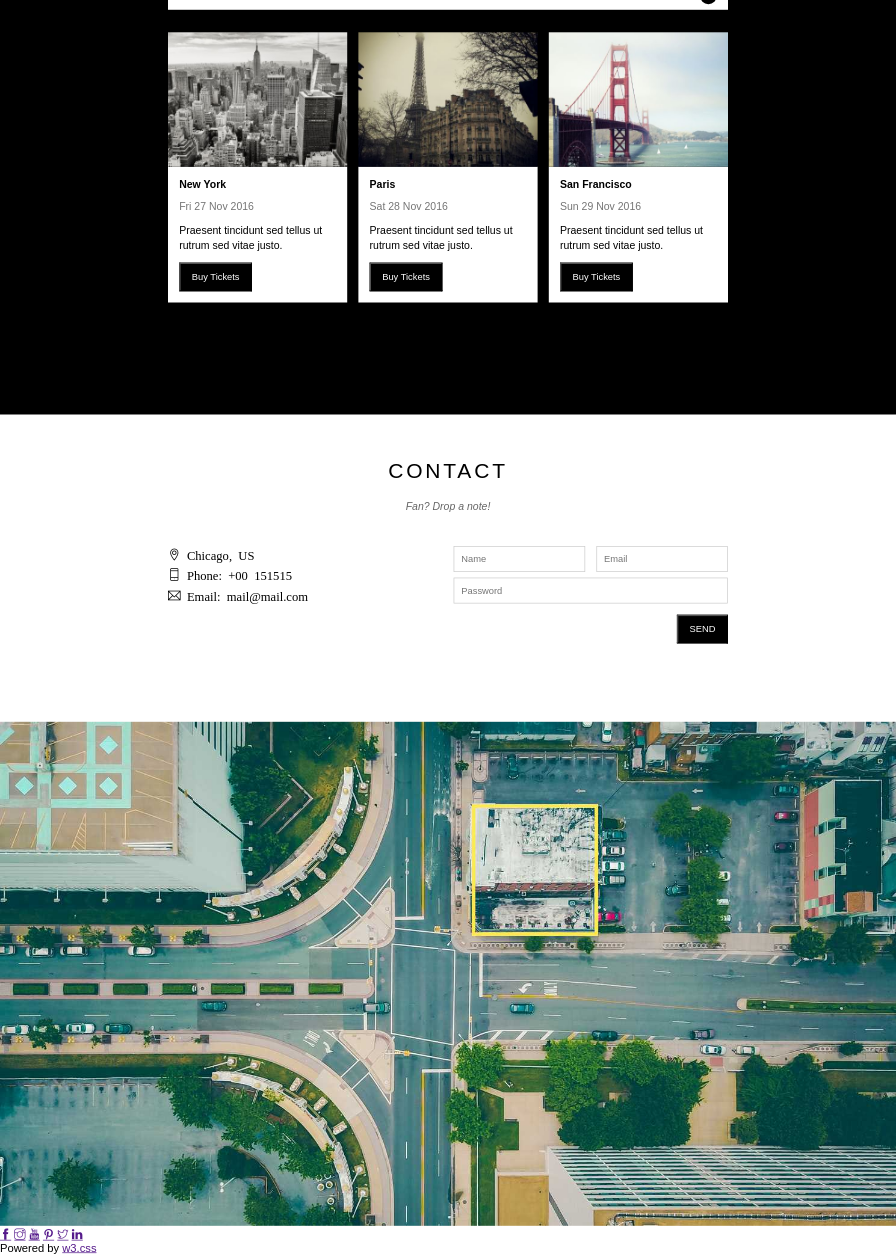
Repository: duyhung0311/band_music
Page: index.html
An editor plug-in stored every save of this project. The page is shown before and after the next save, followed by the edit.
The browser window is 1280 px wide. The pictures show the part of the page from y = 1613 to 3533 px (the page is 3405 px tall before and 3533 px after), at 70% of full size.

Above is the page before, as saved 2021-08-15 13:48:36.

### index.html
<!DOCTYPE html>
<html lang="en">
  <head>
    <meta charset="UTF-8" />
    <meta http-equiv="X-UA-Compatible" content="IE=edge" />
    <meta name="viewport" content="width=device-width, initial-scale=1.0" />
    <title>Document</title>
    <link rel="stylesheet" href="assets/css/style.css" />
    <link
      rel="stylesheet"
      href="./assets/fonts/themify-icons/themify-icons.css"
    />
  </head>
  <body>
    <div id="main">
      <div id="header">
        <!--#ul>li*5>a  -->
        <!-- Begin : Nav -->
        <ul id="nav">
          <li><a href="">Home</a></li>
          <li><a href="">Tour</a></li>
          <li><a href="">Band</a></li>
          <li><a href="">Contact</a></li>
          <li>
            <a href="">
              More
              <i class="nav-arrow-down ti-angle-dow"></i>
            </a>
            <ul class="subnav">
              <li><a href="">Merchandise</a></li>
              <li><a href="">Extras</a></li>
              <li><a href="">Media</a></li>
            </ul>
          </li>
        </ul>
        <!-- End : Nav -->

        <!-- Begin :Search button -->
        <div class="search-btn">
          <i class="search-icon ti-search"></i>
        </div>
        <!-- End :Search button -->
      </div>

      <div id="slider">
        <div class="text-content">
          <h2 class="text-heading">New York</h2>
          <div class="text-description">
            The atmosphere in New York is lorem ipsum.
          </div>
        </div>
      </div>

      <div id="content">
        <!-- Begin:about section -->
        <div class="content-section">
          <h2 class="section-heading">THE BAND</h2>
          <p class="section-sub-heading">We love music</p>
          <p class="about-content">
            We have created a fictional band website. Lorem ipsum dolor sit
            amet, consectetur adipiscing elit, sed do eiusmod tempor incididunt
            ut labore et dolore magna aliqua. Ut enim ad minim veniam, quis
            nostrud exercitation ullamco laboris nisi ut aliquip ex ea commodo
            consequat. Duis aute irure dolor in reprehenderit in voluptate velit
            esse cillum dolore eu fugiat nulla pariatur. Excepteur sint occaecat
            cupidatat non proident, sunt in culpa qui officia deserunt mollit
            anim id est laborum consectetur adipiscing elit, sed do eiusmod
            tempor incididunt ut labore et dolore magna aliqua. Ut enim ad minim
            veniam, quis nostrud exercitation ullamco laboris nisi ut aliquip ex
            ea commodo consequat.
          </p>

          <div class="row members-list">
            <div class="col col-third text-center">
              <p class="member-name">Name</p>
              <img
                src="./assets/img/ban/member1.jpg"
                alt=""
                class="member-avatar"
              />
            </div>

            <div class="col col-third text-center">
              <p class="member-name">Name</p>
              <img
                src="./assets/img/ban/member1.jpg"
                alt=""
                class="member-avatar"
              />
            </div>

            <div class="col col-third text-center">
              <p class="member-name">Name</p>
              <img
                src="./assets/img/ban/member1.jpg"
                alt=""
                class="member-avatar"
              />
            </div>

            <div class="clear"></div>
          </div>
        </div>
        <!-- End: about sections -->
        <!-- Tour section -->
        <div class="tour-section">
          <div class="content-section">
            <h2 class="section-heading text-white">TOUR DATES</h2>
            <p class="section-sub-heading text-white">
              Remember to book your tickets!
            </p>

            <!-- Ticket list -->
            <ul class="ticket-list">
              <li>September <span class="sold-out">Sold out</span></li>
              <li>October <span class="sold-out">Sold out</span></li>
              <li>November <span class="quantity">3</span></li>
            </ul>

            <!-- Place list -->
            <div class="row places-list">
              <div class="col col-third">
                <img
                  src="./assets//img/place/place1.jpg"
                  alt="New York"
                  class="place-img"
                />
                <div class="place-body">
                  <h3 class="place-heading">New York</h3>
                  <p class="place-time">Fri 27 Nov 2016</p>
                  <p class="place-description">
                    Praesent tincidunt sed tellus ut rutrum sed vitae justo.
                  </p>
                  <button class="btn js-buy-ticket">Buy Tickets</button>
                </div>
              </div>

              <div class="col col-third">
                <img
                  src="./assets//img/place/place2.jpg"
                  alt="Paris"
                  class="place-img"
                />
                <div class="place-body">
                  <h3 class="place-heading">Paris</h3>
                  <p class="place-time">Sat 28 Nov 2016</p>
                  <p class="place-description">
                    Praesent tincidunt sed tellus ut rutrum sed vitae justo.
                  </p>
                  <button class="btn js-buy-ticket">Buy Tickets</button>
                </div>
              </div>
              <div class="col col-third">
                <img
                  src="./assets//img/place/place3.jpg"
                  alt="San Francisco"
                  class="place-img"
                />
                <div class="place-body">
                  <h3 class="place-heading">San Francisco</h3>
                  <p class="place-time">Sun 29 Nov 2016</p>
                  <p class="place-description">
                    Praesent tincidunt sed tellus ut rutrum sed vitae justo.
                  </p>
                  <button class="btn js-buy-ticket">Buy Tickets</button>
                </div>
              </div>
              <div class="clear"></div>
            </div>
          </div>
        </div>

        <!-- Begin :Tour section -->
        <div class="content-section">
          <h2 class="section-heading">CONTACT</h2>
          <p class="section-sub-heading">Fan? Drop a note!</p>
          <div class="row contact-content">
            <div class="col col-half contact-info">
              <p><i class="ti-location-pin"> Chicago, US </i></p>
              <p><i class="ti-mobile"> Phone: +00 151515 </i></p>
              <p><i class="ti-email"> Email: mail@mail.com </i></p>
            </div>
            <div class="col col-half contact-form">
              <form action="">
                <div class="row">
                  <div class="col col-half">
                    <input
                      type="text"
                      name=""
                      required
                      id=""
                      placeholder="Name"
                      class="form-control"
                    />
                  </div>
                  <div class="col col-half">
                    <input
                      type="email"
                      name=""
                      required
                      id=""
                      placeholder="Email"
                      class="form-control"
                    />
                  </div>
                </div>
                <div class="row mt-8">
                  <div class="col col-full">
                    <input
                      type="password"
                      name=""
                      required
                      id=""
                      placeholder="Password"
                      class="form-control"
                    />
                  </div>
                </div>
                <input
                  type="submit"
                  value="SEND"
                  class="btn pull-right mt-16"
                />
              </form>
            </div>
          </div>
        </div>
        <!-- End :Tour section -->
        <!-- Begin: Map section -->
        <div class="map-section">
          <img src="./assets/img/map/map.jpg" alt="Map">
        </div>
        <!-- End: Map section -->
      </div>

      <div id="footer">
        <div class="social-list">
          <a href=""><i class="ti-facebook"></i></a>
          <a href=""><i class="ti-instagram"></i></a>
          <a href=""><i class="ti-youtube"></i></a>
          <a href=""><i class="ti-pinterest"></i></a>
          <a href=""><i class="ti-twitter"></i></a>
          <a href=""><i class="ti-linkedin"></i></a>
        </div>
        <p class="copy-right">
          Powered by
          <a href="">w3.css</a>
        </p>
      </div>
    </div>
    <div class="modal js-modal">
      <div class="modal-container js-modal-container">
        <div class="modal-close js-modal-close">
          <i class="ti-close"></i>
        </div>
        <header class="modal-header">
          <i class="modal-heading-icon ti-bag"></i>
          Tickets
        </header>
        <div class="modal-body">
          <label for="ticket-quantity" class="modal-label">
            <i class="ti-shopping-cart"></i>
            Tickets, $15 per person
          </label>
          <input
            id="quantity"
            type="text"
            placeholder="How many?"
            class="modal-input"
          />

          <label for="email" class="modal-label">
            <i class="ti-user"></i>
            Send To
          </label>
          <input
            id="email"
            type="text"
            placeholder="Email"
            class="modal-input"
          />
          <button id="buy-tickets">Pay <i class="ti-check"></i></button>
        </div>
        <footer class="modal-footer">
          <p class="modal-help">Need <a href="">help?</a></p>
        </footer>
      </div>
    </div>
    <script>
      const buyBtns = document.querySelectorAll(".js-buy-ticket");
      const modal = document.querySelector(".modal");
      const modalClose = document.querySelector(".js-modal-close");
      const modalContainer = document.querySelector(".js-modal-container");
      // Hàm hiển thị modal
      function showBuyTickets() {
        modal.classList.add("open");
      }
      // Hàm ẩn đi modal mua vé
      function showCloseTickets() {
        modal.classList.remove("open");
      }
      for (const buyBtn of buyBtns) {
        buyBtn.addEventListener("click", showBuyTickets);
      }
      modalClose.addEventListener("click", showCloseTickets);
      modal.addEventListener("click", showCloseTickets);
      modalContainer.addEventListener("click", function (event) {
        event.stopPropagation();
      });
    </script>
  </body>
</html>

### assets/css/style.css
/*Reset CSS*/
* {
  padding: 0;
  margin: 0;
  box-sizing: border-box;
}
html {
  font-family: Arial, Helvetica, sans-serif;
}
/*
    1. Từ ngoài vào trong
    2. Từ trên xuống dưới
    3. Từ tổng quan đến chi tiết
*/
/*
    1. Vị trí
    2. Kích thước (width height)
    3. Màu sắc
    4. Kiểu dáng (kiểu chữ, hình tròn, vuông, ....)
*/
.clear{
    clear: both;
}
.text-center {
    text-align: center !important;
}
.text-white {
    color: #fff !important;
}
.mt-8 {
    margin-top: 8px !important;
}
.mt-16 {
    margin-top: 16px !important;
}
.btn{
    color: #fff;
    background :#000;
    text-decoration: none;
    padding:11px 16px;
    display: inline-block;
    margin-top: 15px;
}
.pull-right {
    float: right !important;
}
 .btn:hover{
     cursor: pointer;
    color: #000;
    background: #ccc;
}
#main {
}
#header {
  position: fixed;
  top: 0;
  left: 0;
  right: 0;
  z-index: 1;
  height: 46px;
  background-color: #000;
}

#nav {
  display: inline-block;
}

/* cách bỏ dấu chấm đầu dòng của thằng ul */
#nav,
.subnav {
  list-style-type: none;
}

#nav > li {
  display: inline-block;
}
#nav li {
  /* inline là trên 1 hàng block giữ lại kích thước khối */
  position: relative;
}

#nav > li > a {
  color: #fff;
  text-transform: uppercase;
}

#nav li a {
  text-decoration: none;
  line-height: 46px;
  padding: 0 24px;
  display: block;
  /* inline k tính chiều cao và chiều rộng được */
}

#nav li:hover .subnav {
  display: block;
}

#nav > li:hover > a,
#nav .subnav li:hover a {
  color: #000;
  background-color: #ccc;
}

#nav .subnav {
  display: none;
  min-width: 160px;
  position: absolute;
  top: 100%;
  /* top = 100% là nó lấy chính chiều cao
    100% của chính nó */
  left: 0;
  background-color: #fff;
  box-shadow: 0 0 10px rgba(0, 0, 0, 0.3);
}

#nav .subnav a {
  color: #000;
  padding: 0 12px;
  line-height: 38px;
}

#nav .nav-arrow-down {
  font-size: 14px;
}

#header .search-btn {
  float: right;
  padding: 0 21px;
  cursor: pointer;
}

#header .search-btn:hover {
  background-color: #f44336;
}

#header .search-icon {
  color: #fff;
  font-size: 20px;
  line-height: 46px;
}

#slider {
    position: relative;
    margin-top: 46px;
    padding-top: 50%;
    background:url('./../img/slider/slider1.jpg') top center / cover no-repeat;
}
#slider .text-content   {
    position: absolute;
    bottom: 46px;
    left: 50%;
    color: #fff;
    transform: translateX(-50%);
    text-align: center;
}

#slider .text-heading   {
    font-weight: 500;
    font-size: 24px;
}

#slider .text-description   {
    font-size: 15px;
    margin-top: 25px;
}

#content {

}

#content .content-section{
    width: 800px;
    margin: 0 auto;
    padding: 64px 0 112px;
}

#content .section-heading {
    font-size: 30px;
    font-weight: 500;
    letter-spacing: 4px;
}

#content .section-sub-heading,
#content .about-content {
    margin-top: 25px;
    font-size: 15px;
}

#content .section-heading,
#content .section-sub-heading {
    text-align: center;
}

#content .section-sub-heading {
    font-style: italic;
    opacity: 0.6;
}

#content .about-content {
    text-align: justify;
    line-height: 1.4;
}

#content .members-list {
    margin-top: 48px;
    /* overflow: hidden; */
}

#content .member-item {
    text-align: center;
}

#content .member-name {
    font-size: 15px;
}

#content .member-avatar {
    width: 154px;
    margin-top:15px;
    border-radius: 4px;
}
/* Tour section */
.tour-section {
    background: #000;
}

.ticket-list li {
    color: #757575;
    font-size: 15px;
    padding: 11px 16px;
    border-bottom: 1px solid #bbb;
    list-style-type: none;
}

.ticket-list {
    background:#fff;
    margin-top: 40px;
}


.ticket-list .sold-out {
    color: #fff;
    background: #f44336;
    padding: 3px 4px;
    margin-left: 16px;
}

.ticket-list .quantity {
    float: right;
    margin-top: -3px;
    width: 24px;
    height: 24px;
    background:#000;
    color: #fff;
    border-radius: 50%;
    text-align: center;
    line-height: 24px;
}
.places-list{
    margin-top: 32px;
    /* margin-bottom: 48px; */
    padding-bottom: 48px;
}

/* .places-list .place-item{ */
    /* float: left;
    padding: 0 8px; */
    /* width: calc(100%/3); */
/* } */
.places-list .place-img{
    width: 100%;
    display: block;
}
.places-list .place-img:hover{
    opacity: 0.6;
}
.places-list .place-body{
    padding: 16px;
    background-color: #fff;
    font-size: 15px;
}
.place-body .place-heading{
    font-size: 15px;
    font-weight:600;
}
.place-body .place-time{
    margin-top: 15px;
    color: #757575;
}
.place-body .place-description{
    margin-top: 15px;
    line-height: 1.4;
}
/* Footer section */
#footer {
}
.modal{
    position: fixed;
    top: 0;
    bottom: 0;
    left: 0;
    right: 0;
    background: rgba(0,0,0,0.3);
    display: none;
    align-items: center;
    justify-content: center;
}
.modal.open {
    display: flex;
}
.modal .modal-container {
    background: #fff;
    width: 900px;
    min-height: 200px;
    max-width: calc(100% - 32px);
    animation: modalFadeIn ease-in .5s;
}
.modal .modal-header{
    background: #009688;
    height: 130px;
    display: flex;
    align-items: center;
    justify-content: center;
    font-size: 30px;
    color: #fff;
}
.modal-header .modal-heading-icon {
    margin-right: 16px;
}
.modal .modal-container {
    position: relative;
}
.modal-container .modal-close {
    position: absolute;
    top: 0;
    right: 0;
    padding: 12px;
    cursor: pointer;
    opacity: 0.9;
}
.modal-container .modal-close:hover {
    opacity: 1;
}
.modal-container .modal-body {
    padding: 16px;
}
.modal-body .modal-label {
    display: block;
    font-size: 15px;
    margin-bottom: 12px;
}
.modal-body .modal-input {
    border:1px solid #ccc;
    width: 100%;
    padding: 10px;
    font-size: 15px;
    margin-bottom: 24px;
}
.modal-body #buy-tickets{
      background: #009688;
      border: none;
      color:#fff;
      width: 100%;
      text-transform: uppercase;
      padding:18px;
      cursor: pointer;
}
.modal-body #buy-tickets:hover {
    opacity: 0.9;
}
.modal-footer{
    padding: 16px;
    text-align: right;
}
.modal-footer a {
    color: #2196f3;
}
.row {
    margin-left: -8px;
    margin-right: -8px;
}
.row::after {
    content :"";
    display: block;
    clear: both;
}
.col {
    padding-left: 8px;
    padding-right: 8px;
    float: left;
}
.col-third {
    width:calc(100% / 3)
}
.col-half {
    width:50%;
}
.col-full {
    width:100%;
}
.contact-content{
    margin-top: 48px;
}
.contact-info {
    font-size: 18px;
    line-height: 1.6;
}
.contact-info i[class*="ti-"]  {
    width: 30px;
}
.contact-form{
    font-size: 15px;
}
.contact-form .form-control {
    padding : 10px;
    border: 1px solid #ccc;
    width: 100%;
}
/* .contact-form .form-submit-btn {
    background: #000;
    color: #fff;
    border: 1px solid #000;
    padding: 10px 16px;
    float: right;
} */
.map-section img {
    width: 100%;
}
@keyframes modalFadeIn {
    from {
        transform: translateY(-140px);
        opacity: 0;
    }
    to {
        transform: translateY(0);
        opacity: 1;
    }
}

Loaded but not shown: assets/fonts/themify-icons/themify-icons.css (common file)

After the next save:
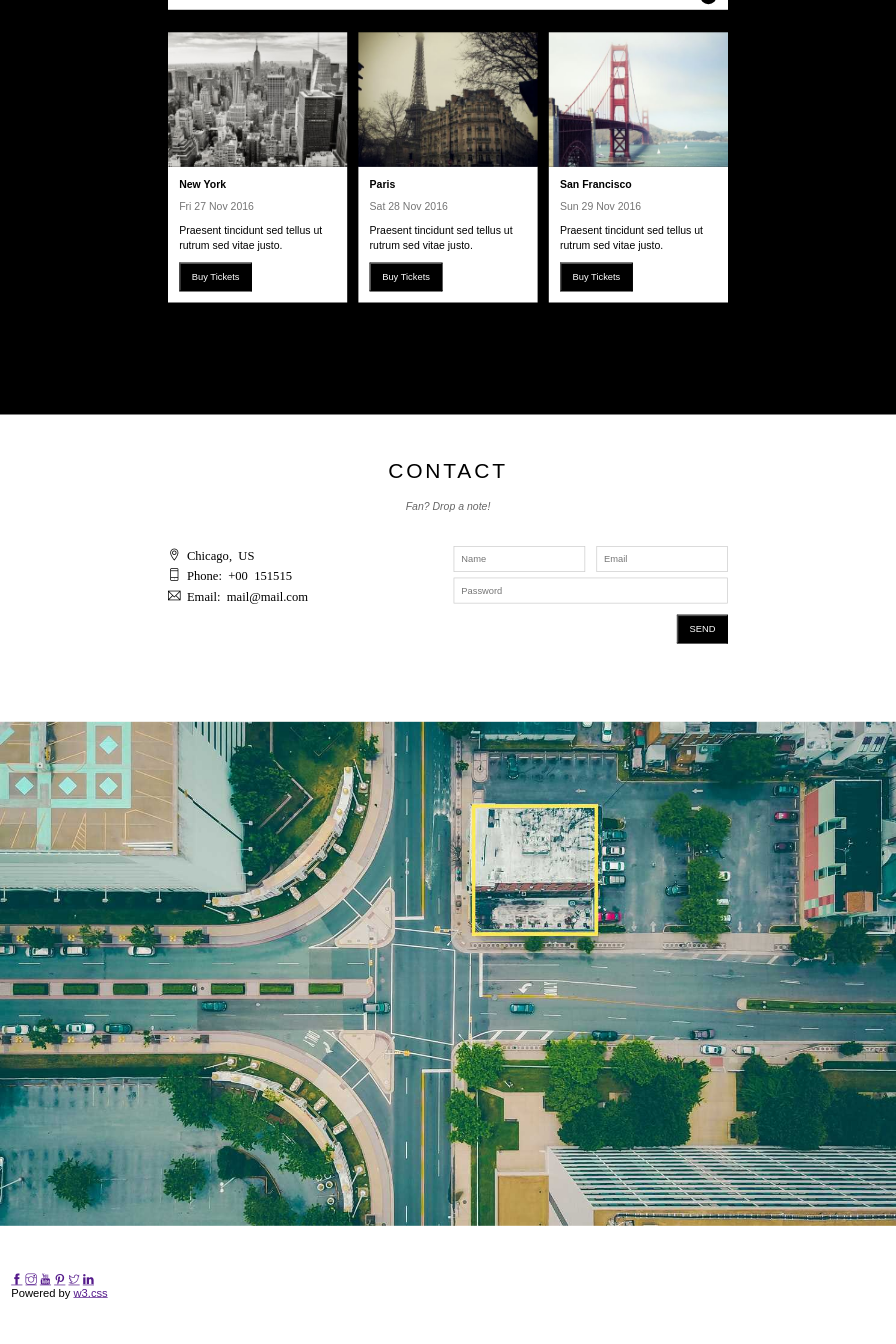
Saved 55 s later.
--- a/assets/css/style.css
+++ b/assets/css/style.css
@@ -294,6 +294,7 @@
 }
 /* Footer section */
 #footer {
+    padding: 64px 16px;
 }
 .modal{
     position: fixed;
